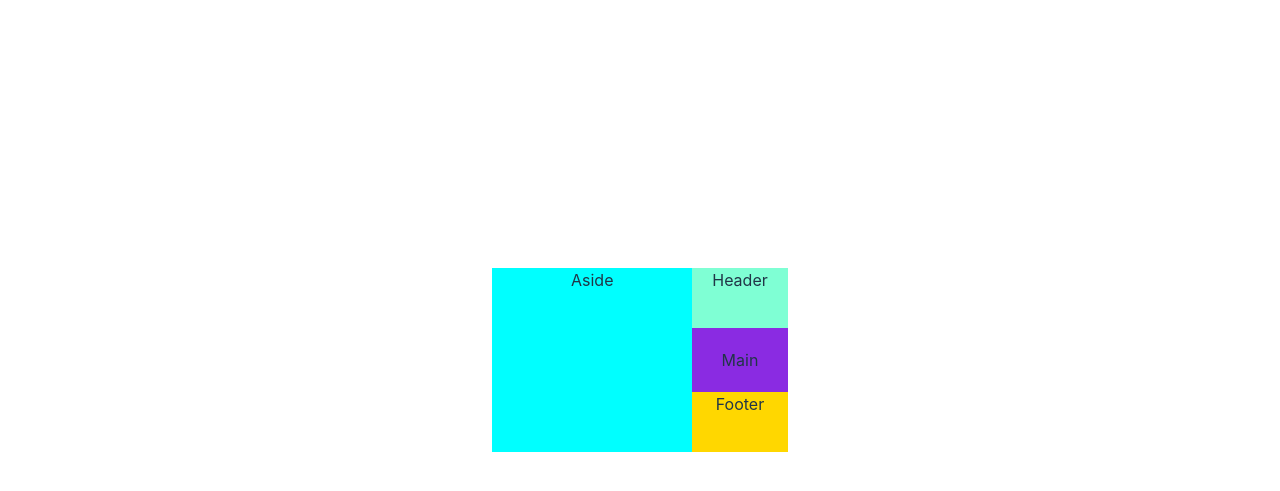
Repository: tjm3919/yuyue-book
Page: / (app in yuyue/out/production/yuyue/yuyue-ui/)
An editor plug-in stored every save of this project. The page is shown before and after the next save, followed by the edit.
The browser window is 1280 px wide. The pictures show the whole page.
The project was rebuilt for these pictures with package versions that can differ from the ones it lists, and the page was loaded fresh each time. Also part of the build but not shown: yuyue/out/production/yuyue/yuyue-ui/vite.config.ts.

Above is the page before, as saved 2023-02-01 12:09:40.

After the next save:
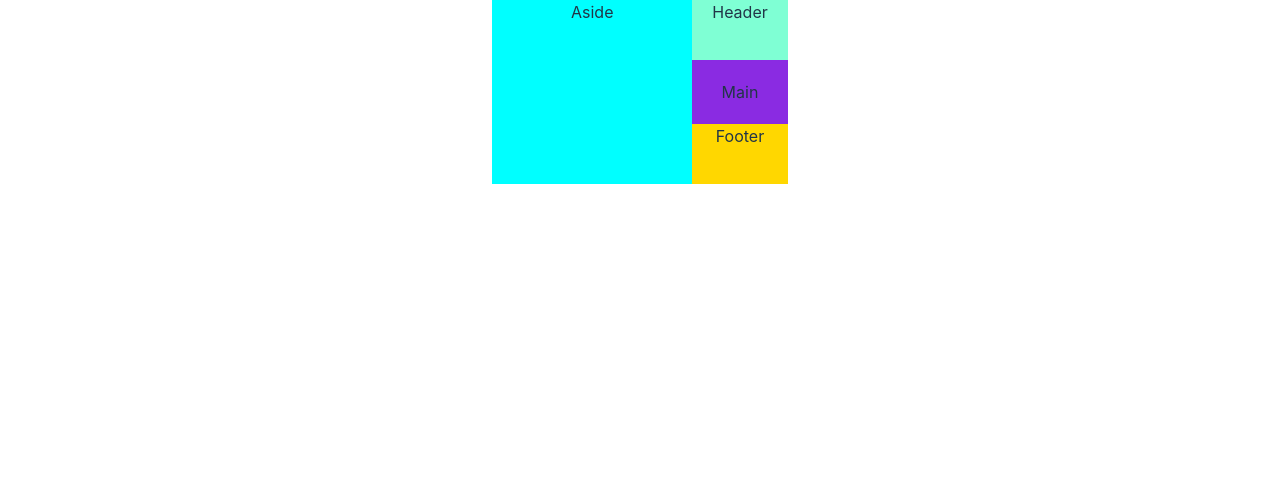
Saved 14 s later.
--- a/yuyue/out/production/yuyue/yuyue-ui/index.html
+++ b/yuyue/out/production/yuyue/yuyue-ui/index.html
@@ -12,7 +12,7 @@
   </body>
 </html>
 <style>
-  html,body{
+  html,body,#app{
     margin: 0px auto;
     padding: 0px;
     height: 100%;
